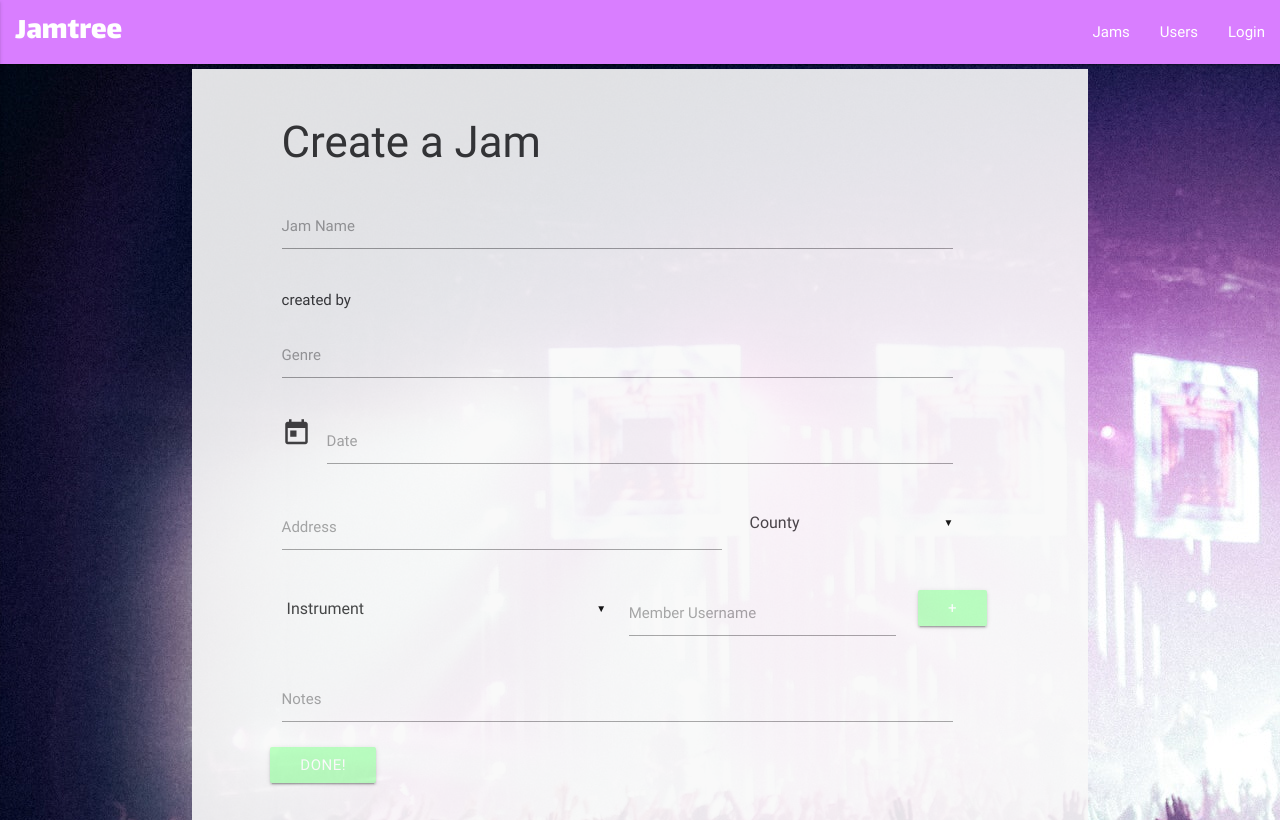
Repository: EdShackleton/milestone-project-3
Page: templates/addjam.html
The author's editor kept a record of every edit. The page is drawn from the files as they stood at one moment, then again after the next edit.
The browser window is 1280 px wide. The pictures show the whole page.
Backgrounds fixed to the window are drawn as part of the page. Some web libraries are served in a nearby version. The page is served by the project's application, run on Flask 3 (app.py). Style sheets and scripts are compiled from the project's sources, by tool versions that may differ from the author's. The template is opened directly, without the code that normally fills it, so the values that code supplies are empty.

Above is the page before.

After the next edit:
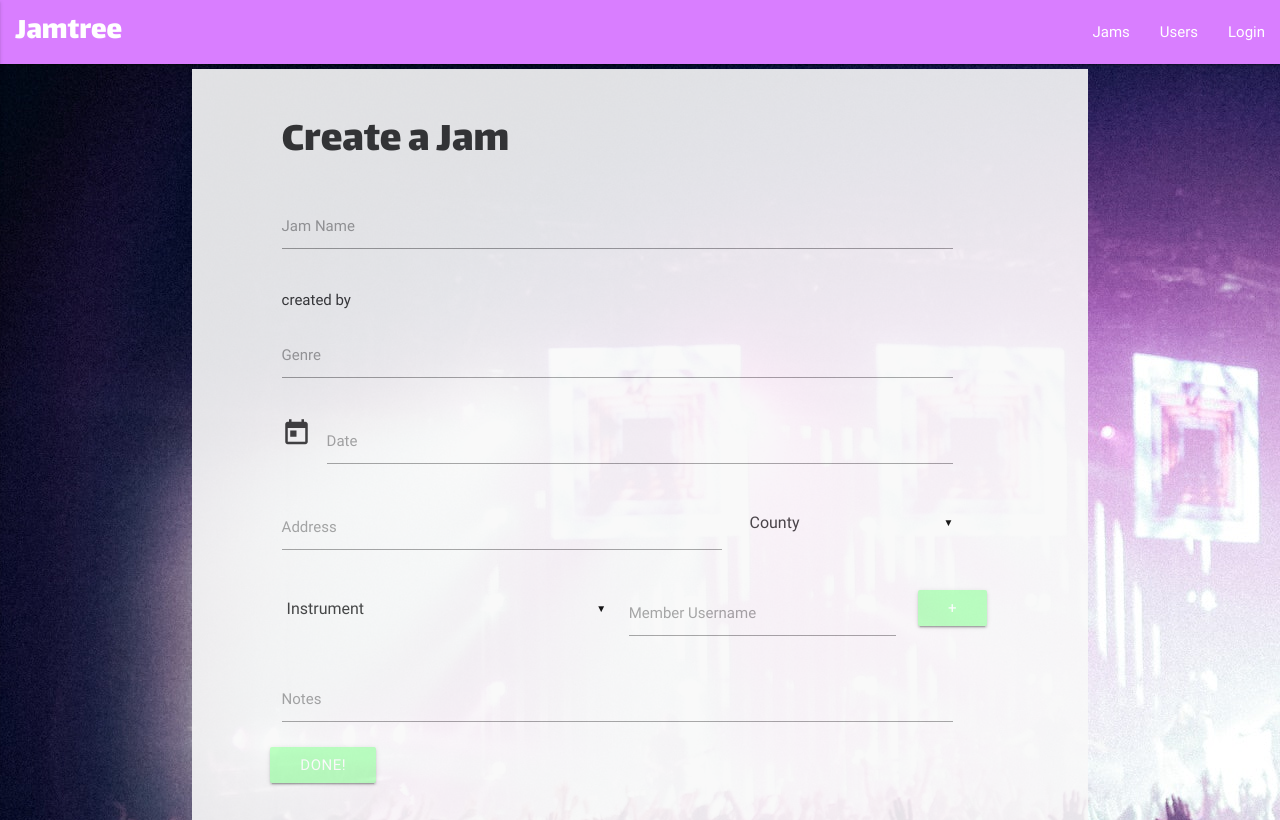
The edit:
--- a/templates/addjam.html
+++ b/templates/addjam.html
@@ -1,6 +1,6 @@
 {% extends 'base.html' %} {% block content %}
 <div class="blank-background">
-    <h3>Create a Jam</h3>
+    <h3 class="jam-title">Create a Jam</h3>
     <div class="row">
         <form action="{{ url_for('insert_jam') }}" method="POST" class="col s12">
             <div class="row">
